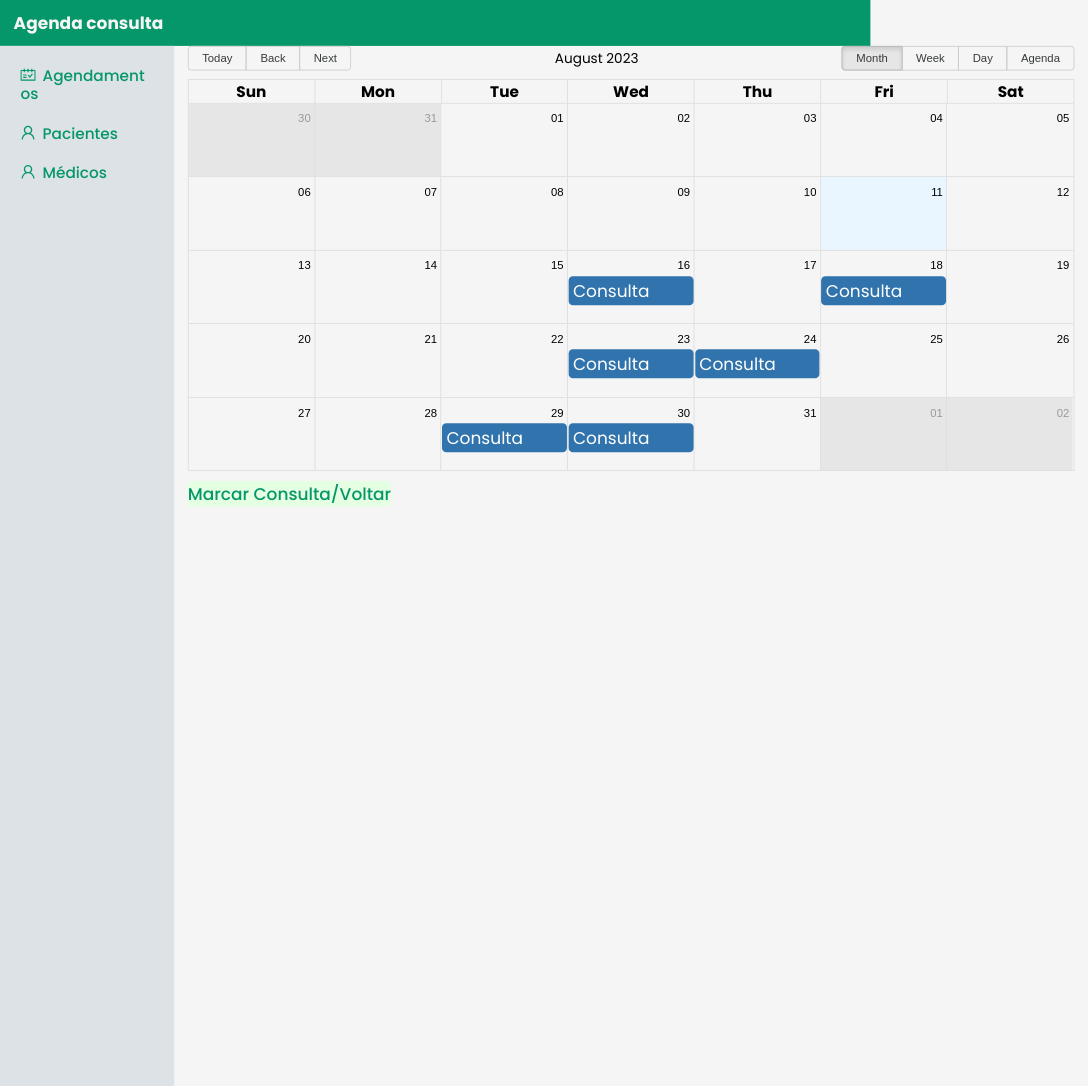
Repository: BarbaraCD/agendaconsulta
Page: /appointments/calendar
These files come from the project's save history. The page is drawn as it stood at one moment and after the next save; the edit follows.
The browser window is 1280 px wide. The pictures show the whole page, at 85% of full size.
The project was rebuilt for these pictures with package versions that can differ from the ones it lists, and the page was loaded fresh each time. Requests to the local data server were answered from the project's data file. Also part of the build but not shown: vite.config.ts, src/styles/StyleList.ts, src/components/Doctors.tsx, src/styles/InputContainer.ts, src/components/InputDoctors.tsx, src/components/SubmitButton.tsx, src/styles/CreateContainer.ts, src/components/CreateDoctor.tsx and 4 more.

Above is the page before, as saved 2023-08-11 14:24:20.

### index.html
<!DOCTYPE html>
<html lang="en">
  <head>
    <meta charset="UTF-8" />
    <link rel="icon" type="image/svg+xml" href="/vite.svg" />
    <meta name="viewport" content="width=device-width, initial-scale=1.0" />

    <link rel="preconnect" href="https://fonts.googleapis.com">
    <link rel="preconnect" href="https://fonts.gstatic.com" crossorigin>
    <link href="https://fonts.googleapis.com/css2?family=Poppins:wght@400;500;700&display=swap" rel="stylesheet">

    <title>Agendamento de Consulta</title>
  </head>
  <body>
    <div id="root"></div>
    <script type="module" src="/src/main.tsx"></script>
  </body>
</html>

### src/main.tsx
/* eslint-disable @typescript-eslint/no-non-null-assertion */
import React from 'react'
import ReactDOM from 'react-dom/client'
import { ThemeProvider } from 'styled-components'
import GlobalStyle, { Container, Content } from './styles/global'
import { theme } from './styles/Theme.ts'
import App from './App.tsx'
import { Routes } from './routes/index.tsx'
import { Header } from './components/Header.tsx'
import { Provider } from 'react-redux'
import store from './store/index.ts'
import { BrowserRouter } from 'react-router-dom'

ReactDOM.createRoot(document.getElementById('root')!).render(
  <React.StrictMode>
    <Provider store={store}>
      <ThemeProvider theme={theme}>
        <GlobalStyle />
        <BrowserRouter>
          <Header />
          <Container>
            <App />
            <Content>
              <Routes />
            </Content>
          </Container>
        </BrowserRouter>
      </ThemeProvider>
    </Provider>
  </React.StrictMode>,
)

### src/styles/global.ts
import styled, { createGlobalStyle } from 'styled-components'

export default createGlobalStyle`
  *{
    margin: 0;
    padding: 0;
    box-sizing: border-box;

  }
  body{
    height: 100%;
    font-family: 'Poppins', sans-serif;
    background: ${(props) => props.theme.colors.white};
    font-size: ${(props) => props.theme.size.xl};
  }
`

export const Container = styled.div`
  display: flex;
`

export const SidebarGlobal = styled.div`
  width: 16%;
`

export const Content = styled.div`
  flex: 1;
  margin: 0 16px;
`

### src/styles/Theme.ts
export const theme = {
  colors: {
    primary: '#059669',
    head: '#059669B3',
    100: '#E4FFE1',

    sbcolor: '#DCE2E6',
    gray: '#41414D',
    black: '#000',
    white: '#f5f5f5',
  },

  size: {
    sm: '14px',
    md: '16px',
    lg: '18px',
    xl: '20px',
    xxl: '24px',
  },
}

### src/App.tsx
import { SidebarGlobal } from './styles/global'
import { Sidebar } from './components/Sidebar'

export default function App() {
  return (
    <SidebarGlobal>
      <Sidebar />
    </SidebarGlobal>
  )
}

### src/routes/index.tsx
import { AppRoutes } from './app.routes'

export function Routes() {
  return (
    <>
      <AppRoutes />
    </>
  )
}

### src/components/Header.tsx
import { styled } from 'styled-components'

const Container = styled.div`
  background-color: ${(props) => props.theme.colors.primary};
  padding: 12px 16px;
  flex: 1;
  width: 100vw;
  color: ${(props) => props.theme.colors.white};
  font-weight: 700;
  a {
    text-decoration: none;
    color: ${(props) => props.theme.colors.white};
    word-break: normal;
  }
  @media (min-width: 768px) {
    width: 80vw;
  }
`

export function Header() {
  return (
    <Container>
      <a href="/">Agenda consulta</a>
    </Container>
  )
}

### src/store/index.ts
import { configureStore, ThunkAction, Action } from '@reduxjs/toolkit'
import appointmentReducer from '../features/appointments/appointmentsSlice'

const store = configureStore({
  reducer: {
    appointment: appointmentReducer,
  },
})

export type RootState = ReturnType<typeof store.getState>
export type AppThunk<ReturnType = void> = ThunkAction<
  ReturnType,
  RootState,
  unknown,
  Action<string>
>

export default store

### src/components/Sidebar.tsx
import { ScheduleOutlined, UserOutlined } from '@ant-design/icons'
import { StyledSidebar, StyledList } from '../styles/SidebarStyled'
import { Link } from 'react-router-dom'

export function Sidebar() {
  return (
    <StyledSidebar>
      <StyledList>
        <li>
          <ScheduleOutlined style={{ color: '#059669' }} />
          <Link to="/appointments/new">Agendamentos</Link>
        </li>
        <li>
          <UserOutlined style={{ color: '#059669' }} />
          <Link to="/patients">Pacientes</Link>
        </li>
        <li>
          <UserOutlined style={{ color: '#059669' }} />
          <Link to="/doctors">Médicos</Link>
        </li>
      </StyledList>
    </StyledSidebar>
  )
}

### src/routes/app.routes.tsx
import { Routes, Route } from 'react-router-dom'

import { CreateDoctor } from '../components/CreateDoctor'
import { CreatePatient } from '../components/CreatePatient'
import { App } from 'antd'
import { AppointmentsCalendar } from '../components/Calendar'
import { CreateAppointments } from '../components/Appointments'

export function AppRoutes() {
  return (
    <Routes>
      <Route path="/" element={<App />} />
      <Route path="/patients" element={<CreatePatient />} />
      <Route path="/doctors" element={<CreateDoctor />} />
      <Route path="/appointments/new" element={<CreateAppointments />} />
      <Route path="/appointments/:id/edit" element={<CreateAppointments />} />
      <Route path="/appointments/calendar" element={<AppointmentsCalendar />} />
    </Routes>
  )
}

### src/features/appointments/appointmentsSlice.ts
import { createSlice, PayloadAction, CaseReducer } from '@reduxjs/toolkit'
import { AppointmentsProps } from '../../components/Appointments'

interface AppointmentState {
  appointments: AppointmentsProps[]
}

const initialState: AppointmentState = {
  appointments: [],
}

const appointmentSlice = createSlice({
  name: 'appointment',
  initialState,
  reducers: {
    addAppointment: (state, action: PayloadAction<AppointmentsProps>) => {
      state.appointments.push(action.payload)
    },
  },
})

export const { addAppointment } = appointmentSlice.actions

export type AppointmentAction = ReturnType<
  CaseReducer<typeof appointmentSlice.reducer>
>

export default appointmentSlice.reducer

### src/styles/SidebarStyled.ts
import styled from 'styled-components'

export const StyledSidebar = styled.div`
  display: flex;
  flex-direction: column;
  background-color: ${(props) => props.theme.colors.sbcolor};
  color: ${(props) => props.theme.colors.black};
  font-size: ${(props) => props.theme.size.lg};
  font-weight: 500;
  justify-content: flex-start;
  align-items: flex-start;
  overflow: auto;
  height: 170vh;

  @media (max-width: 768px) {
    width: 100%;
    height: 650vh;
  }
`

export const StyledList = styled.ul`
  list-style: none;
  padding: 12px;

  li {
    cursor: pointer;
    padding: 12px;
    line-height: 22px;
  }

  a {
    text-decoration: none;
    color: ${(props) => props.theme.colors.primary};
    margin: 8px;
    word-break: break-all;
  }
`

### src/components/Calendar.tsx
/* eslint-disable @typescript-eslint/no-non-null-assertion */
import { useEffect, useState } from 'react'
import moment from 'moment'
import { Calendar, momentLocalizer } from 'react-big-calendar'
import 'react-big-calendar/lib/css/react-big-calendar.css'
import {
  deleteAppointment,
  getAppointment,
} from '../services/appointment.services'
import {
  CalendarStyled,
  ApFooter,
  StyledLink,
  StyledModal,
} from '../styles/Appointments'
import { AppointmentsProps } from './Appointments'
import { getDoctorById } from '../services/doctor.services'
import { getPatientById } from '../services/patient.services'
import { DeleteOutlined, EditOutlined } from '@ant-design/icons'
import { PatientsTypes } from '../model/patients'
import { DoctorsTypes } from '../model/doctors'

const localizer = momentLocalizer(moment)

interface Event {
  title: string
  start: Date
  end: Date
}

type SelectedAppointmentType = AppointmentsProps & {
  doctor: DoctorsTypes
  patient: PatientsTypes
}

export const AppointmentsCalendar = () => {
  const [appointments, setAppointments] = useState<AppointmentsProps[]>([])
  const [selectedAppointment, setSelectedAppointment] =
    useState<SelectedAppointmentType | null>(null)
  const [selectedAppointmentId, setSelectedAppointmentId] = useState<
    number | null
  >(null)
  const [modalVisible, setModalVisible] = useState(false)
  const [showDeleteConfirmation, setShowDeleteConfirmation] = useState(false)

  useEffect(() => {
    fetchAppointments().catch((error) => {
      console.error('Error fetching Appointments:', error)
    })
  }, [])

  async function fetchAppointments() {
    try {
      const response: AppointmentsProps[] = await getAppointment()
      setAppointments(response)
    } catch (error) {
      console.error('Error fetching Appointments:', error)
    }
  }

  const availableEvents: Event[] = appointments.map((appointment) => ({
    title: 'Consulta',
    start: new Date(appointment.date),
    end: moment(appointment.date).add(55, 'minutes').toDate(),
  }))

  const handleSelectEvent = async (event: Event) => {
    const selected = appointments.find((appointment) =>
      moment(appointment.date).isSame(event.start),
    )
    if (selected) {
      const doctor = await getDoctorById(selected.doctorID)
      const patient = await getPatientById(selected.patientID)

      setSelectedAppointment({
        ...selected,
        doctor,
        patient,
      })
    }
    setModalVisible(true)
  }

  const closeModal = () => {
    setModalVisible(false)
    setSelectedAppointment(null)
  }

  const handleDeleteAppointment = (id: number) => {
    setSelectedAppointmentId(id)
    setShowDeleteConfirmation(true)
  }

  const confirmDelete = async (id: number) => {
    await deleteAppointment(id)
    await fetchAppointments()
    closeModal()
    setShowDeleteConfirmation(false)
  }

  const cancelDelete = () => {
    setSelectedAppointmentId(null)
    setShowDeleteConfirmation(false)
  }

  return (
    <CalendarStyled>
      <Calendar
        localizer={localizer}
        events={availableEvents}
        defaultView="month"
        selectable
        popup
        style={{ height: 500 }}
        onSelectEvent={handleSelectEvent}
      />
      <ApFooter>
        <StyledLink to="/appointments/new">Marcar Consulta/Voltar</StyledLink>
      </ApFooter>

      <StyledModal
        title={<h3>Detalhes da Consulta</h3>}
        open={modalVisible}
        onCancel={closeModal}
        footer={null}
      >
        {selectedAppointment && (
          <div>
            <p>Médico: {selectedAppointment.doctor.name}</p>
            <p>Paciente: {selectedAppointment.patient.name}</p>
            <p>
              Data:{' '}
              {moment(selectedAppointment.date).format('DD/MM/YYYY HH:mm')}
            </p>
            <p>Sintomas: {selectedAppointment.symptoms}</p>
            <div>
              <button>
                <StyledLink to={`/appointments/${selectedAppointment.id}/edit`}>
                  <EditOutlined />
                </StyledLink>
              </button>
              <button
                onClick={() => handleDeleteAppointment(selectedAppointment.id)}
              >
                <DeleteOutlined />
              </button>
            </div>
          </div>
        )}

        {showDeleteConfirmation && (
          <div>
            <p>Tem certeza que deseja excluir?</p>
            <button onClick={() => confirmDelete(selectedAppointmentId!)}>
              Sim
            </button>
            <button onClick={() => cancelDelete()}>Não</button>
          </div>
        )}
      </StyledModal>
    </CalendarStyled>
  )
}

### src/services/doctor.services.ts
import { DoctorsProps } from '../components/Doctors'
import { api } from './ApiConfig'

export async function getDoctors(): Promise<DoctorsProps[]> {
  try {
    const response = await api.get('/doctor')
    // eslint-disable-next-line @typescript-eslint/no-unsafe-return
    return response.data
  } catch (error) {
    throw new Error('Erro ao obter dados dos pacientes:')
  }
}

export async function getDoctorById(id: number): Promise<DoctorsProps> {
  try {
    const response = await api.get(`/doctor/${id}`)
    // eslint-disable-next-line @typescript-eslint/no-unsafe-return
    return response.data
  } catch (error) {
    throw new Error('Erro ao obter dados dos Medicos:')
  }
}

export async function createDoctor(
  name: string,
  crm: number,
  specialization: string,
) {
  return api.post('/doctor', {
    name,
    crm,
    specialization,
  })
}

export async function updateDoctor(id: number, data: DoctorsProps) {
  try {
    const response = await api.put(`/doctor/${id}`, data)
    // eslint-disable-next-line @typescript-eslint/no-unsafe-return
    return response.data
  } catch (error) {
    throw new Error('Erro ao obter dados dos pacientes:')
  }
}

export async function deleteDoctor(id: number) {
  return await api.delete(`/doctor/${id}`)
}

### src/styles/Appointments.ts
import { Modal } from 'antd'
import DatePicker from 'react-datepicker'
import { Link } from 'react-router-dom'
import { styled } from 'styled-components'

export const StyledAppointments = styled.div`
  color: ${(props) => props.theme.colors.black};
  font-size: ${(props) => props.theme.size.md};
  padding: 20px 0;
  overflow: hidden;
  word-break: break-all;
`

export const APBody = styled.div`
  display: flex;
  flex-direction: column;
  gap: 20px;
  word-break: break-all;
  margin-bottom: 12px;

  h3 {
    font-size: ${(props) => props.theme.size.xl};
    background-color: ${(props) => props.theme.colors[100]};
    color: ${(props) => props.theme.colors.primary};
    margin-bottom: 12px;
    word-break: break-all;
  }
`
export const ApFooter = styled.div`
  display: flex;
  align-items: center;
  justify-content: space-between;
  word-break: break-all;
  margin-bottom: 8px;
`

export const StyledLink = styled(Link)`
  text-decoration: none;
  color: ${(props) => props.theme.colors.primary};
  background-color: ${(props) => props.theme.colors[100]};
  font-weight: 500;
  border-radius: 4px;
  margin-top: 12px;
  word-break: break-all;
`

export const StyledLink2 = styled(Link)`
  text-decoration: none;
  color: ${(props) => props.theme.colors.sbcolor};
  background-color: red;
  font-weight: 500;
  border-radius: 4px;
  margin-top: 24px;
  padding: 8px;
`

export const CalendarStyled = styled.div`
  display: block;
`

export const StyledModal = styled(Modal)`
  color: ${(props) => props.theme.colors.primary};

  h3 {
    background-color: ${(props) => props.theme.colors[100]};
    color: ${(props) => props.theme.colors.primary};
    font-size: ${(props) => props.theme.size.xl};
    padding: 10px;
    text-align: center;
    margin-bottom: 8px;
  }

  p {
    margin-left: 8px;
    font-size: ${(props) => props.theme.size.lg};
  }

  button {
    margin: 8px;
    padding: 4px;
    cursor: pointer;
    border: none;
    font-weight: 500;
    color: ${(props) => props.theme.colors.primary};
    background-color: ${(props) => props.theme.colors[100]};
    font-size: ${(props) => props.theme.size.lg};
  }
`

export const StyledDatepicker = styled(DatePicker)`
  width: 100%;
  border: 1px solid lightgray;
  border-radius: 4px;
  padding: 8px;
  text-decoration: 1px solid lightgray;
`

### src/services/patient.services.ts
import { PatientsProps } from '../components/Patients'
import { api } from './ApiConfig'

export async function getPatient(): Promise<PatientsProps[]> {
  try {
    const response = await api.get('/patient')
    // eslint-disable-next-line @typescript-eslint/no-unsafe-return
    return response.data
  } catch (error) {
    throw new Error('Erro ao obter dados dos pacientes:')
  }
}

export async function getPatientById(id: number): Promise<PatientsProps> {
  try {
    const response = await api.get(`/patient/${id}`)
    // eslint-disable-next-line @typescript-eslint/no-unsafe-return
    return response.data
  } catch (error) {
    throw new Error('Erro ao obter dados dos pacientes:')
  }
}

export async function createPatient(
  name: string,
  age: number,
  telephone: number,
  email: string,
) {
  return api.post('/patient', {
    name,
    age,
    telephone,
    email,
  })
}

export async function updatePatient(id: number, data: PatientsProps) {
  try {
    const response = await api.put(`/patient/${id}`, data)
    // eslint-disable-next-line @typescript-eslint/no-unsafe-return
    return response.data
  } catch (error) {
    throw new Error('Erro ao obter dados dos pacientes:')
  }
}

export async function deletePatient(id: number) {
  return await api.delete(`/patient/${id}`)
}

### src/services/appointment.services.ts
import { AppointmentsProps } from '../components/Appointments'
import { api } from './ApiConfig'

export async function getAppointment(): Promise<AppointmentsProps[]> {
  try {
    const response = await api.get('/appointment')
    // eslint-disable-next-line @typescript-eslint/no-unsafe-return
    return response.data
  } catch (error) {
    throw new Error('Erro ao obter dados dos agendamentos:')
  }
}

export async function getAppointmentById(
  id: number,
): Promise<AppointmentsProps> {
  try {
    const response = await api.get(`/appointment/${id}`)
    // eslint-disable-next-line @typescript-eslint/no-unsafe-return
    return response.data
  } catch (error) {
    throw new Error('Erro ao obter dados dos agendamentos:')
  }
}

export async function createAppointment(newAppointment: AppointmentsProps) {
  return api.post('/appointment', newAppointment)
}

export async function updateAppointment(id: string, data: AppointmentsProps) {
  try {
    const response = await api.put(`/appointment/${id}`, data)
    // eslint-disable-next-line @typescript-eslint/no-unsafe-return
    return response.data
  } catch (error) {
    throw new Error('Erro ao obter dados da consulta:')
  }
}

export async function deleteAppointment(id: number) {
  return await api.delete(`/appointment/${id}`)
}

### db/db.json
{
  "patient": [
    {
      "name": "THAYNARA DA SILVA CARDOSO",
      "age": 23,
      "telephone": 64999879665,
      "email": "thaynara@gmail.com",
      "id": 1
    },
    {
      "name": "SIOBHAN ROY",
      "age": 35,
      "telephone": 64984563214,
      "email": "shivroy@gmail.com",
      "id": 2
    },
    {
      "name": "BARBARA CASTRO DINIZ",
      "age": 26,
      "telephone": 64999868599,
      "email": "barbaracastrod7@gmail.com",
      "id": 3
    },
    {
      "name": "DAMON SALVATORE",
      "age": 99,
      "telephone": 64987569863,
      "email": "damon@gmail.com",
      "id": 4
    },
    {
      "name": "SELENA GOMES",
      "age": 30,
      "telephone": 64932154785,
      "email": "selena@gmail.com",
      "id": 5
    },
    {
      "name": "Olivia Rodrigo",
      "age": 20,
      "telephone": 64984632514,
      "email": "olivia@gmail.com",
      "id": 6
    },
    {
      "name": "Joshua Basset",
      "age": 23,
      "telephone": 64999868583,
      "email": "joshua@gmail.com",
      "id": 7
    }
  ],
  "doctor": [
    {
      "name": "BARBARA CASTRO DINIZ",
      "crm": 59852,
      "specialization": "gastroenterologista",
      "id": 1
    },
    {
      "name": "LUIZ CARVALHO FERREIRA",
      "crm": 89652,
      "specialization": "PSIQUIATRA",
      "id": 2
    },
    {
      "name": "KENDALL ROY",
      "crm": 89465,
      "specialization": "DERMATOLOGISTA",
      "id": 3
    },
    {
      "name": "Harry Styles",
      "crm": 89456,
      "specialization": "Pediatra",
      "id": 4
    },
    {
      "name": "Sabrina Carpenter",
      "crm": 45687,
      "specialization": "Neurologista",
      "id": 5
    }
  ],
  "appointment": [
    {
      "doctorID": 2,
      "patientID": 1,
      "date": "2023-08-23T19:00:00.000Z",
      "symptoms": "dor no estomago",
      "id": 1
    },
    {
      "doctorID": 2,
      "patientID": 2,
      "date": "2023-08-24T21:00:00.000Z",
      "symptoms": "sdrftgh dghnd dghnxd",
      "id": 2
    },
    {
      "doctorID": 4,
      "patientID": 5,
      "date": "2023-08-18T11:00:00.000Z",
      "symptoms": "edvhnskdj adibfvja dfignvsfhgb",
      "id": 3
    },
    {
      "doctorID": 3,
      "patientID": 2,
      "date": "2023-08-16T15:00:00.000Z",
      "symptoms": "kjsfjsb dkjfgbd bfdjgbfj bfjbg",
      "id": 4
    },
    {
      "doctorID": 5,
      "patientID": 6,
      "date": "2023-08-30T13:00:00.000Z",
      "symptoms": "dor de cabeça",
      "id": 5
    },
    {
      "doctorID": 3,
      "patientID": 3,
      "date": "2023-08-29T18:00:00.000Z",
      "symptoms": "dfjkbndf dfkjgh dkcvjdm dfjgbdjfbh",
      "id": 6
    }
  ]
}

Loaded but not shown: src/services/ApiConfig.ts (common file)

After the next save:
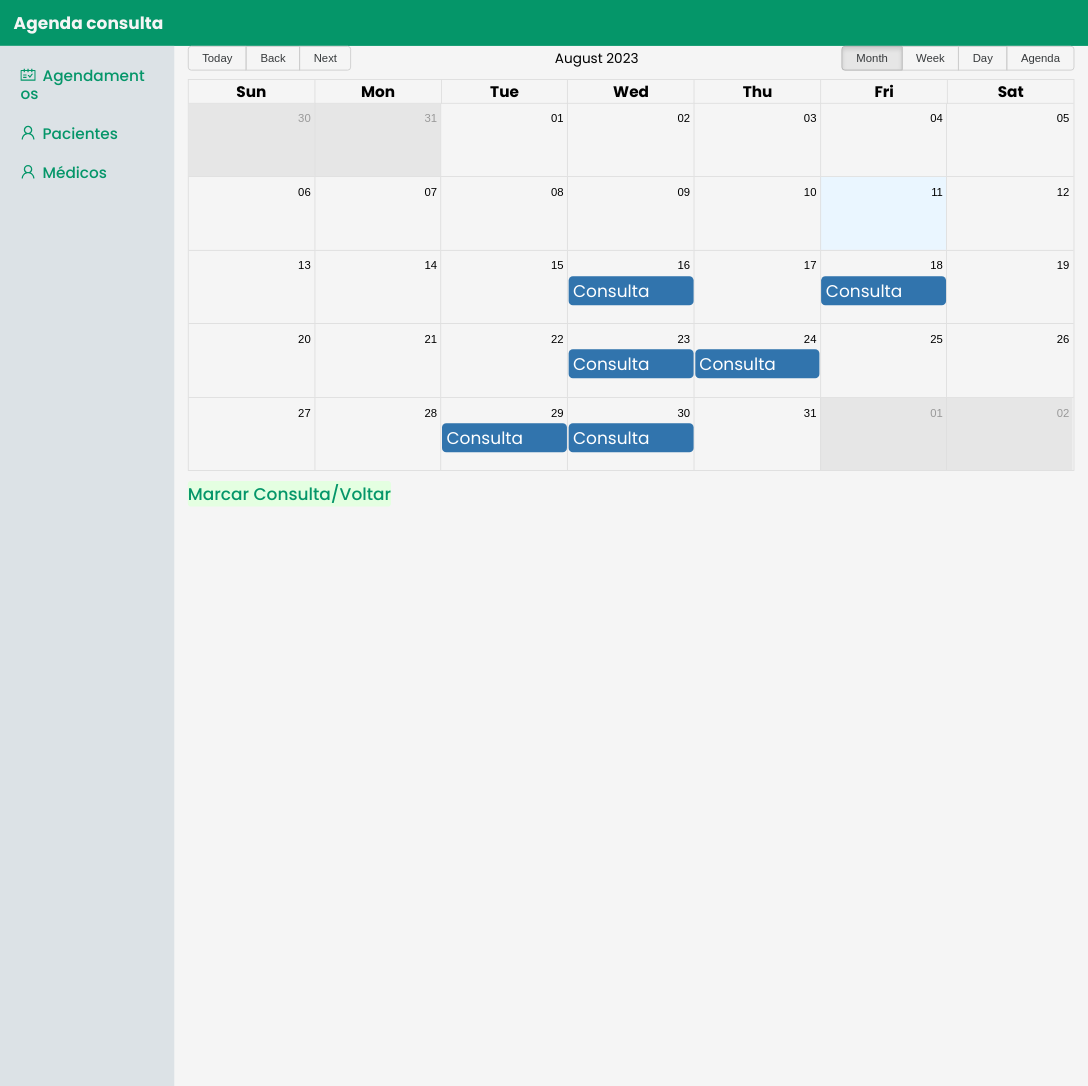
Saved 30 s later.
--- a/src/components/Header.tsx
+++ b/src/components/Header.tsx
@@ -12,7 +12,7 @@ const Container = styled.div`
     color: ${(props) => props.theme.colors.white};
     word-break: normal;
   }
-  @media (min-width: 768px) {
+  @media (max-width: 768px) {
     width: 80vw;
   }
 `
